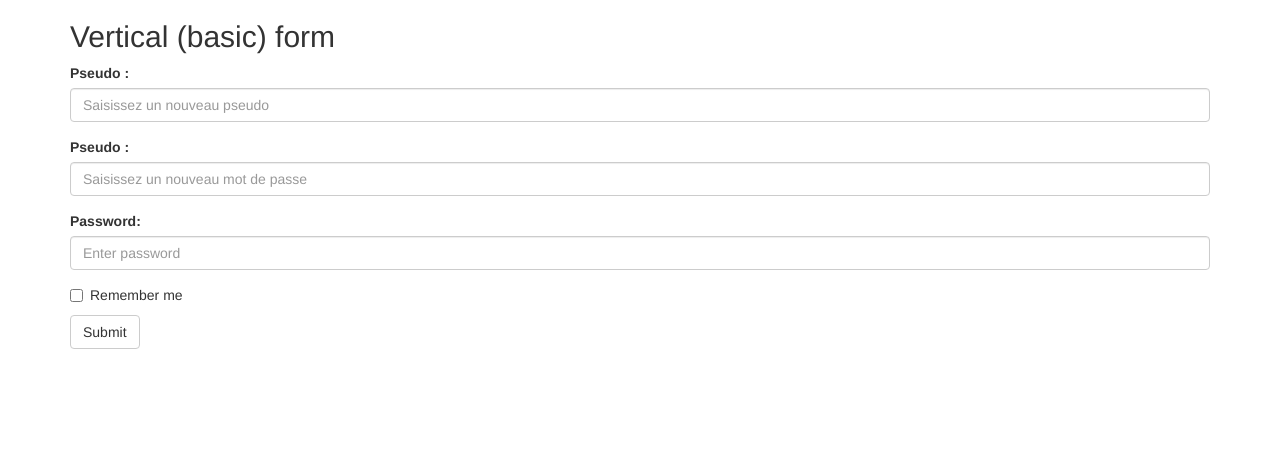
Repository: lemzoo/formation_Java8
Page: EspaceMembre/srcHTML/formulaireInscriptionBasique.html
An editor plug-in stored every save of this project. The page is shown before and after the next save, followed by the edit.
The browser window is 1280 px wide. The pictures show the whole page.

Above is the page before, as saved 2016-06-10 10:40:46.

After the next save:
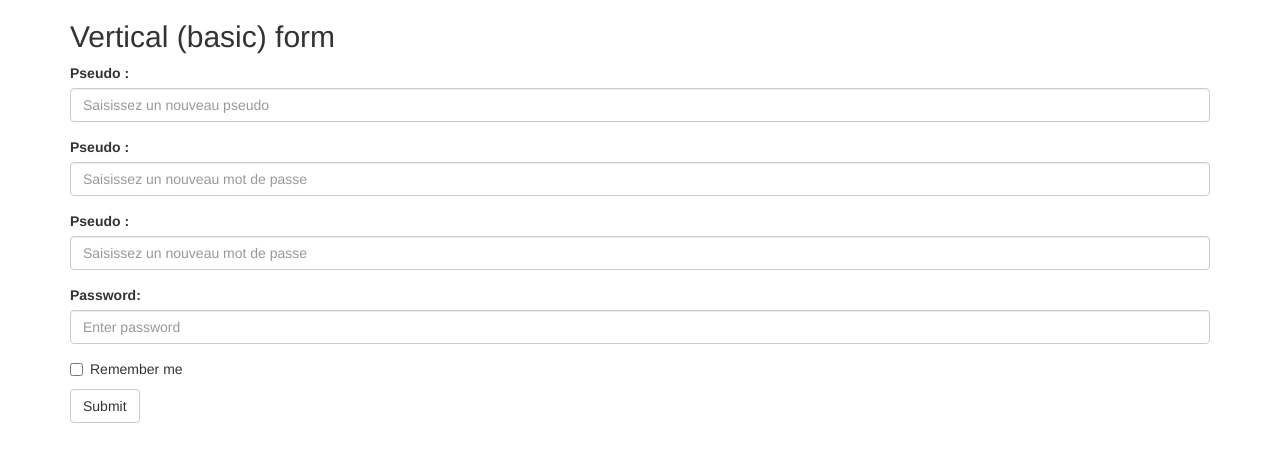
Saved 8 s later.
--- a/EspaceMembre/srcHTML/formulaireInscriptionBasique.html
+++ b/EspaceMembre/srcHTML/formulaireInscriptionBasique.html
@@ -24,6 +24,11 @@
     </div>
 
     <div class="form-group">
+      <label for="passwordSaisi">Pseudo :</label>
+      <input type="password" class="form-control" name="passwordSaisi" placeholder="Saisissez un nouveau mot de passe">
+    </div>
+
+    <div class="form-group">
       <label for="pwd">Password:</label>
       <input type="password" class="form-control" id="pwd" placeholder="Enter password">
     </div>
